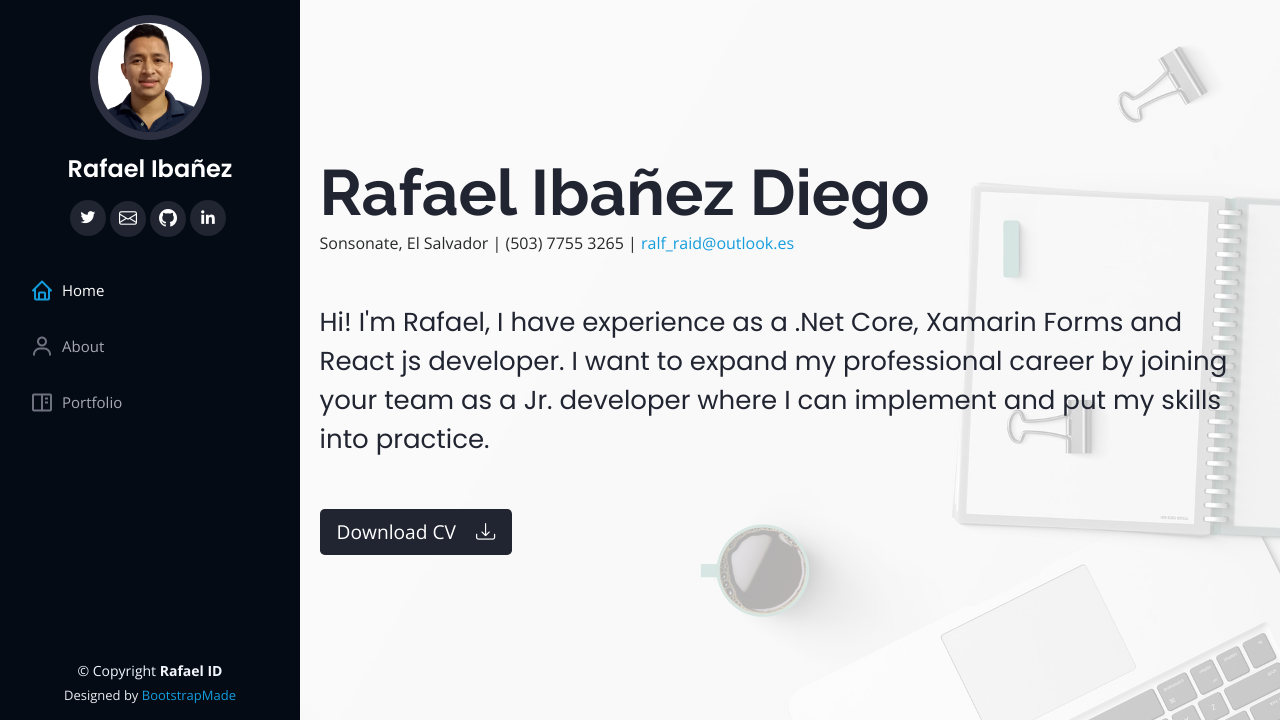
Repository: ralfId/myportfolio
Page: /
An editor plug-in stored every save of this project. The page is shown before and after the next save, followed by the edit.
The browser window is 1280 px wide. The pictures show the whole page.
Backgrounds fixed to the window are drawn as part of the page. The project was rebuilt for these pictures with package versions that can differ from the ones it lists, and the page was loaded fresh each time. Also part of the build but not shown: src/data/projects.js, src/components/Projects/ProjectItem.js, src/components/Projects/ProjectIndex.js, src/helpers/ProjectById.js, src/components/Projects/ProjectDetail.js, src/components/Resume.js, src/components/About.js.

Above is the page before, as saved 2021-09-21 08:15:32.

After the next save:
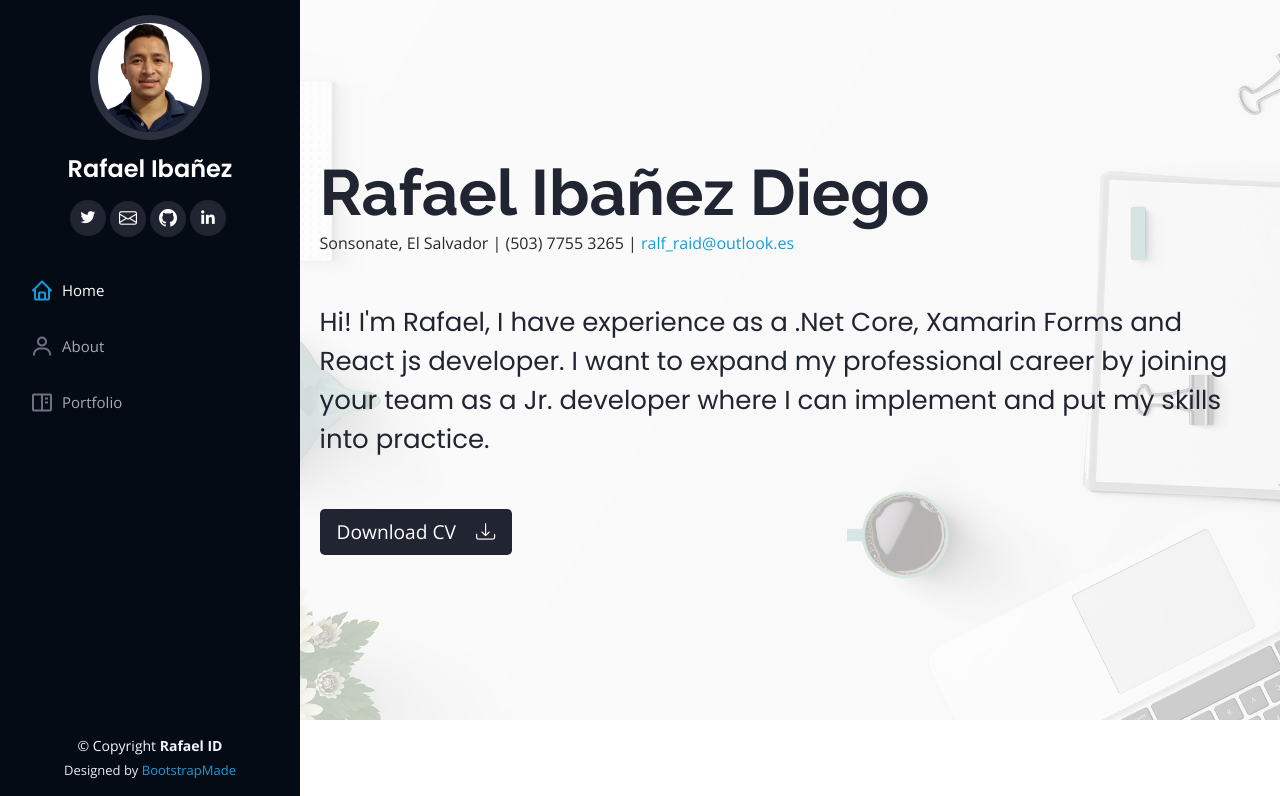
Saved 2 min 12 s later.
--- a/src/components/Footer.js
+++ b/src/components/Footer.js
@@ -3,7 +3,7 @@
 export const Footer = ()=>{
     return(
 
-      <footer id="footer">
+      <footer id="footer" className="position-relative">
       <div className="container">
         <div className="copyright">
           &copy; Copyright <strong><span>Rafael ID</span></strong>

After the save that followed:
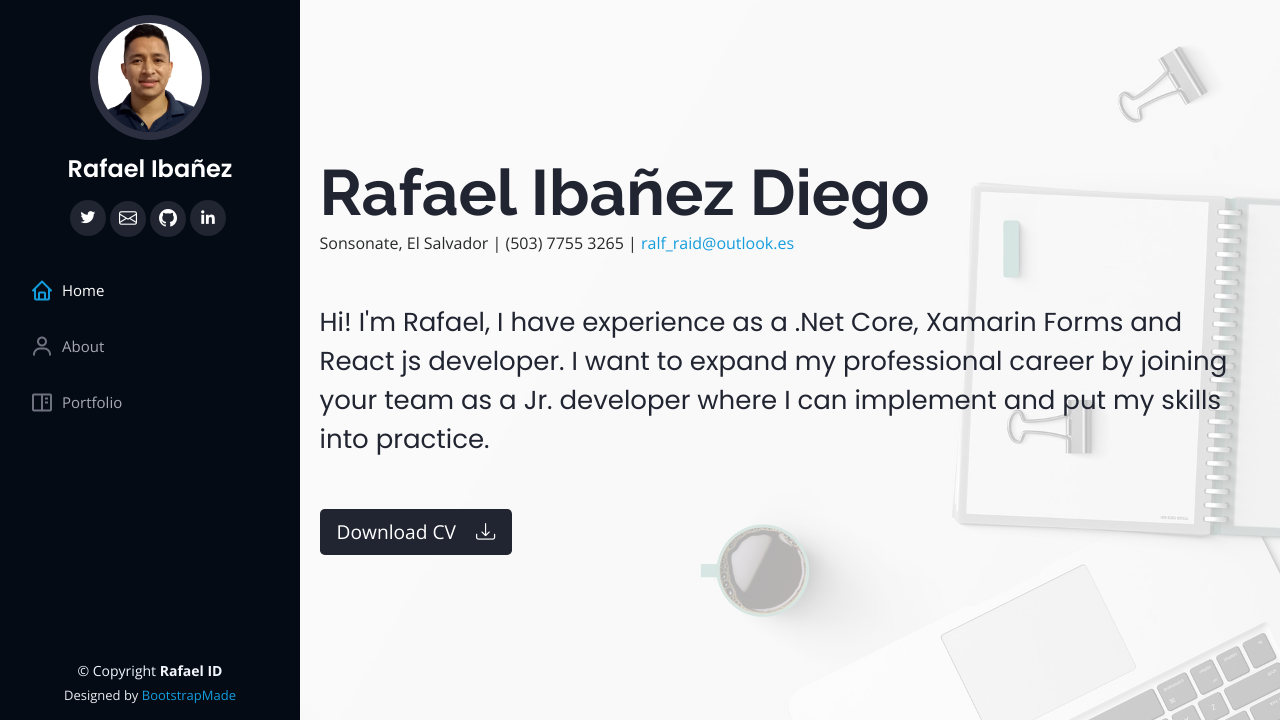
Saved 36 s later.
--- a/src/components/Footer.js
+++ b/src/components/Footer.js
@@ -3,7 +3,7 @@
 export const Footer = ()=>{
     return(
 
-      <footer id="footer" className="position-relative">
+      <footer id="footer" className="mt-auto">
       <div className="container">
         <div className="copyright">
           &copy; Copyright <strong><span>Rafael ID</span></strong>
